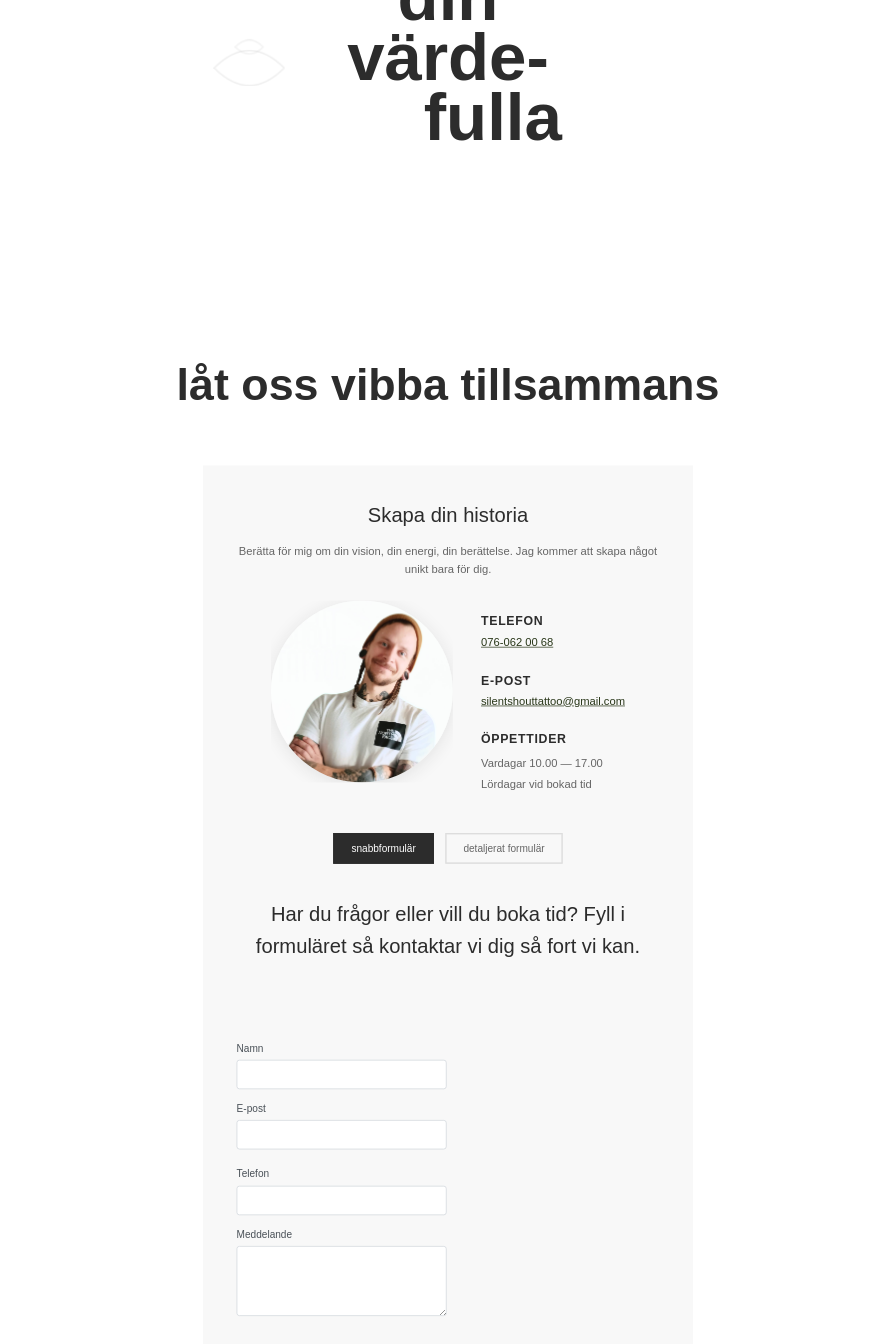
Repository: public-websites/silentshouttattoose
Page: index.html
These files come from the project's save history. The page is drawn as it stood at one moment and after the next save; the edit follows.
The browser window is 1280 px wide. The pictures show the part of the page from y = 2470 to 4390 px (the page is 6295 px tall), at 70% of full size.

Above is the page before, as saved 2025-06-26 08:41:12.

After the next save:
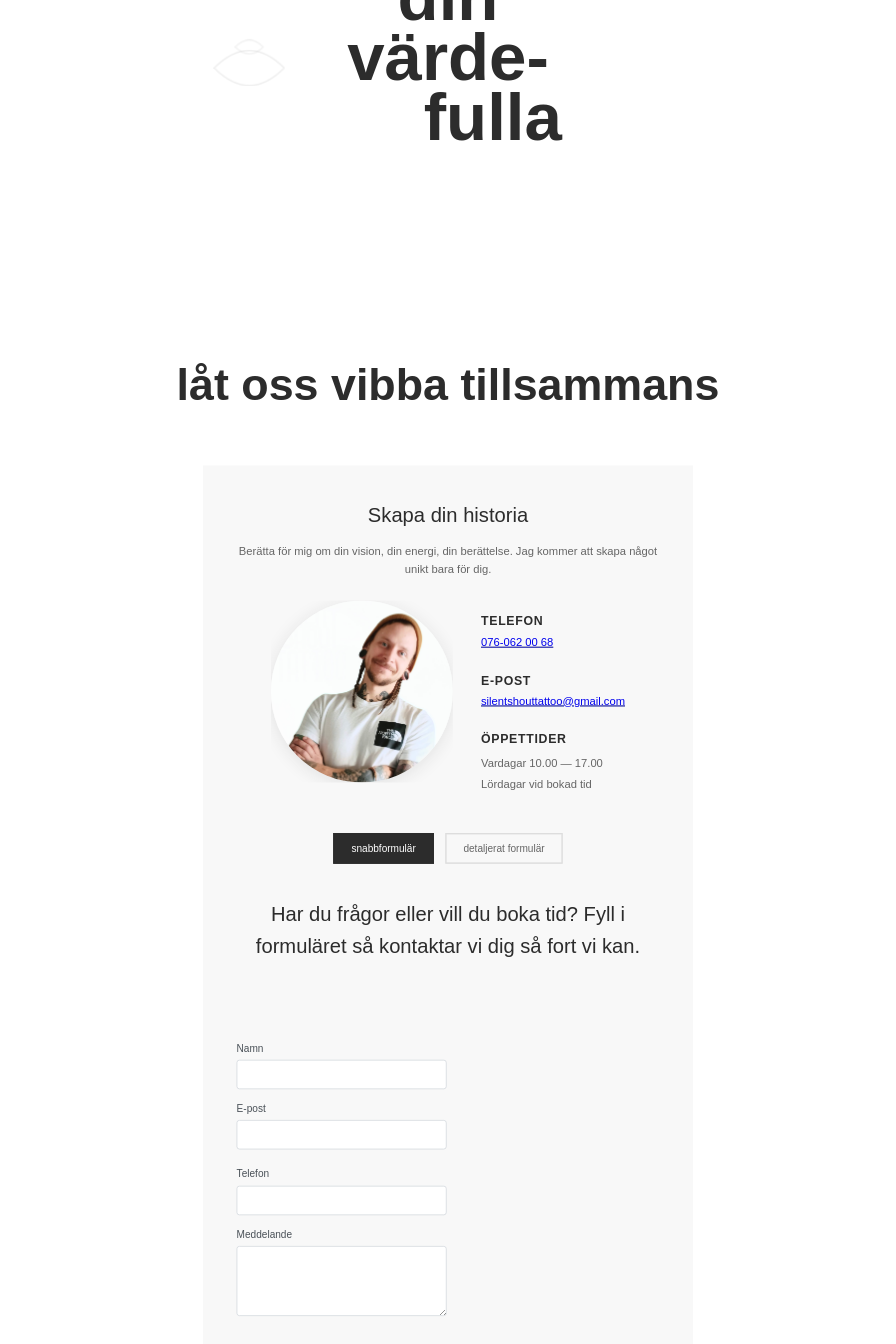
Saved 51 s later.
--- a/index.html
+++ b/index.html
@@ -120,11 +120,11 @@
                     <div class="profile-contact-info">
                         <div class="contact-info-section">
                             <h4>Telefon</h4>
-                            <p>076-062 00 68</p>
+                            <p><a href="tel:0760620068">076-062 00 68</a></p>
                         </div>
                         <div class="contact-info-section">
                             <h4>E-post</h4>
-                            <p>silentshouttattoo@gmail.com</p>
+                            <p><a href="mailto:silentshouttattoo@gmail.com">silentshouttattoo@gmail.com</a></p>
                         </div>
                         <div class="opening-hours">
                             <h4>Öppettider</h4>
@@ -231,10 +231,10 @@
             <h2 class="contact-title fade-in">Kontakt</h2>
             <div class="contact-info fade-in">
                 <p><a href="mailto:silentshouttattoo@gmail.com">silentshouttattoo@gmail.com</a></p>
-                <p><a href="tel:076-062 00 68">076-062 00 68</a></p>
+                <p><a href="tel:0760620068">076-062 00 68</a></p>
                 <p>Norra Strömgatan 13A, Alingsås</p>
                 <br>
-                <p>Följ uppdateringar på Instagram för gästplatser</p>
+                <p><a href="https://instagram.com" target="_blank">Följ uppdateringar på Instagram för gästplatser</a></p>
             </div>
         </div>
     </section>
